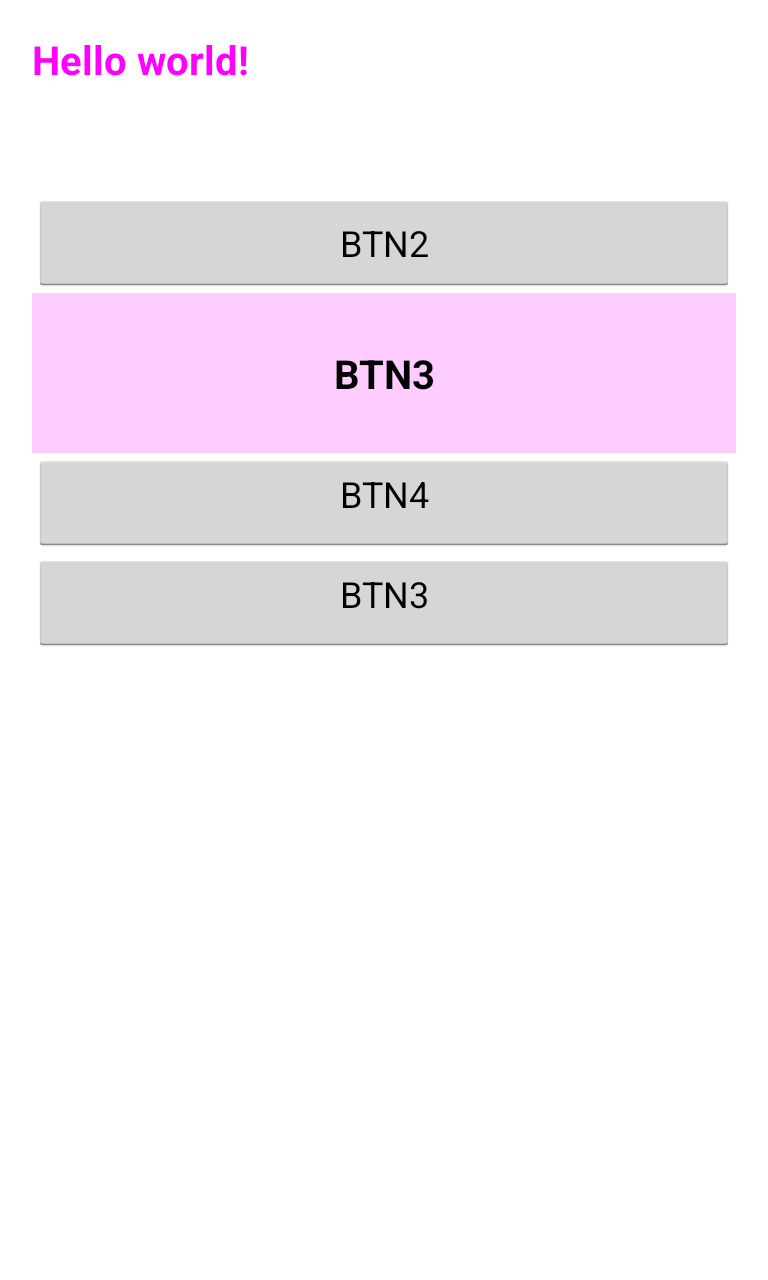
Repository: leehan0617/android
Layout: ex02/res/layout/activity_main.xml
These files come from the project's save history. The layout is drawn as it stood at one moment and after the next save; the edit follows.
It is drawn on a 768 x 1280 px phone screen (xhdpi) without system bars, with theme AppTheme; the app's code is not run.

Above is the layout before, as saved 2015-07-27 04:09:49.

### ex02/res/layout/activity_main.xml
<LinearLayout xmlns:android="http://schemas.android.com/apk/res/android"
    xmlns:tools="http://schemas.android.com/tools"
    android:layout_width="match_parent"
    android:layout_height="match_parent"
    android:orientation="vertical"
    android:paddingBottom="@dimen/activity_vertical_margin"
    android:paddingLeft="@dimen/activity_horizontal_margin"
    android:paddingRight="@dimen/activity_horizontal_margin"
    android:paddingTop="@dimen/activity_vertical_margin"
    tools:context="com.kosta.ex02.MainActivity" >

    <TextView
        android:layout_width="wrap_content"
        android:layout_height="wrap_content"
        android:textSize="20sp"
        android:textStyle="bold"
        android:textColor="#FF00FF"
        android:text="@string/hello_world" />

    <TextView
        android:layout_width="wrap_content"
        android:layout_height="wrap_content"
        android:textSize="40sp"
        android:textStyle="bold|italic"
        android:textColor="#FFFFFF"
        android:text="@string/btn1" />

    <Button
        android:layout_width="match_parent"
        android:layout_height="50dp"
        android:text="@string/btn2"
        android:layout_gravity="bottom"/>

    <!-- color 앞에 2자리는 투명도 #AARRGGBB(#22FF00FF) -->
    <Button
        android:layout_width="match_parent"
        android:layout_height="80dp"
        android:textSize="20sp"
        android:textStyle="bold"
        android:background="#33FF00FF"
        android:text="@string/btn3" />

    <Button
        android:layout_width="match_parent"
        android:layout_height="50dp"
        android:text="@string/btn4"
        android:gravity="center_horizontal" />

    <Button
        android:layout_width="match_parent"
        android:layout_height="50dp"
        android:text="@string/btn3"
        android:gravity="rigth|center_horizontal"/>


</LinearLayout>

### ex02/res/values/strings.xml
<?xml version="1.0" encoding="utf-8"?>
<resources>

    <string name="app_name">ex02</string>
    <string name="hello_world">Hello world!</string>
    <string name="action_settings">Settings</string>

    <string name="btn1">BTN1</string>
    <string name="btn2">BTN2</string>
    <string name="btn3">BTN3</string>
    <string name="btn4">BTN4</string>
</resources>

Loaded but not shown: ex02/res/values/styles.xml (common file); ex02/res/values-v11/styles.xml (common file); ex02/res/values-v14/styles.xml (common file); ex02/res/values/dimens.xml (common file); ex02/res/values-w820dp/dimens.xml (common file)

After the next save:
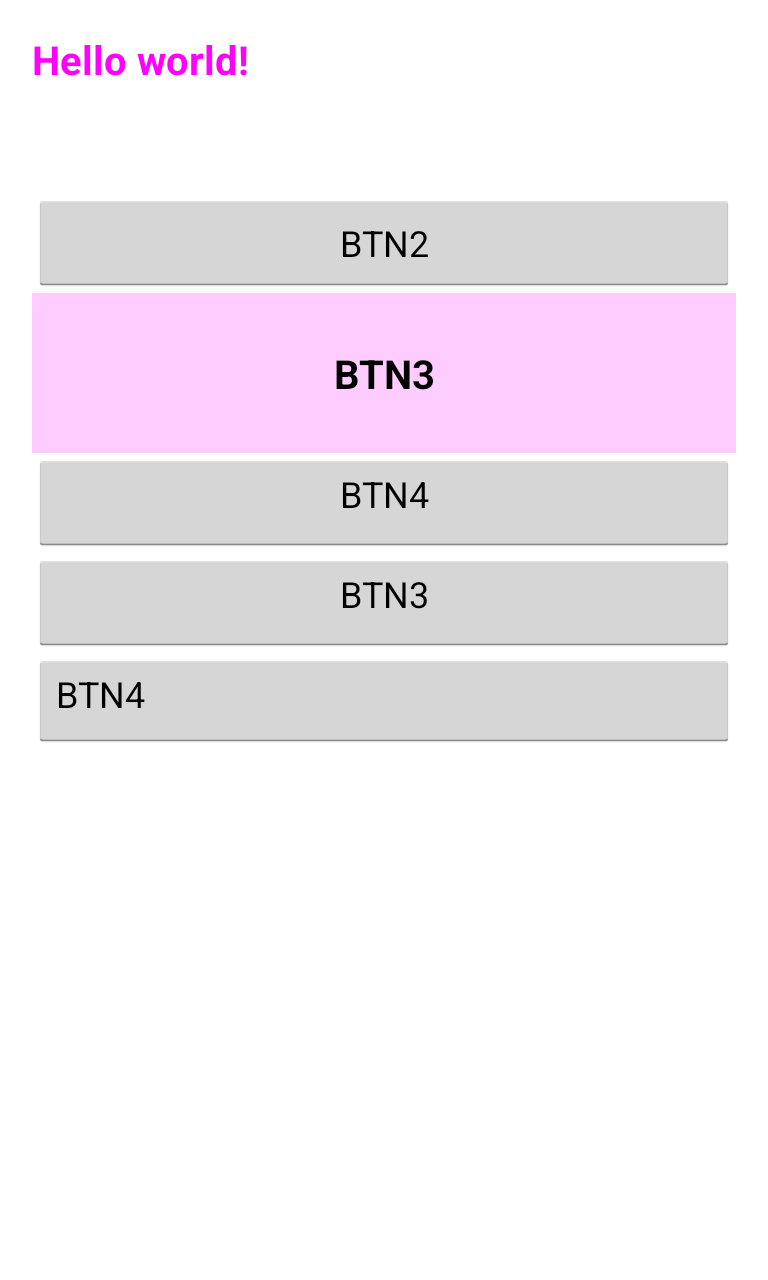
Saved 83 s later.
--- a/ex02/res/layout/activity_main.xml
+++ b/ex02/res/layout/activity_main.xml
@@ -52,5 +52,11 @@
         android:text="@string/btn3"
         android:gravity="rigth|center_horizontal"/>
 
+    <Button
+        android:layout_width="match_parent"
+        android:layout_height="wrap_content"
+        android:text="@string/btn4"
+        android:gravity="left|center_horizontal" />
+
 
 </LinearLayout>
